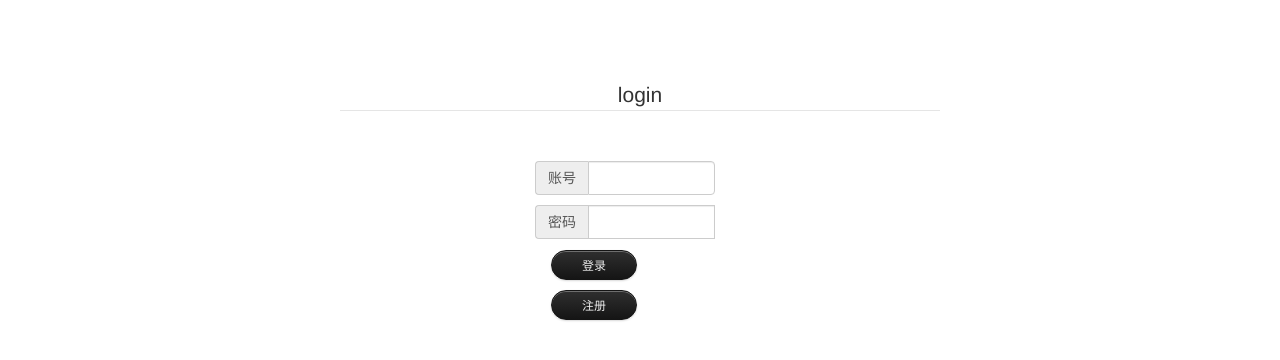
Repository: silzx/learning
Page: http://localhost/MyBatis/
The author's editor kept a copy of each file at every save. The page is drawn from the files as they stood at one save, then again after the next save.
The browser window is 1280 px wide. The pictures show the whole page.
The page is served by Tomcat 9.

Above is the page before, as saved 2017-11-13 02:34:54.
Console error (its wording comes from the project's code and is left out).

After the next save:
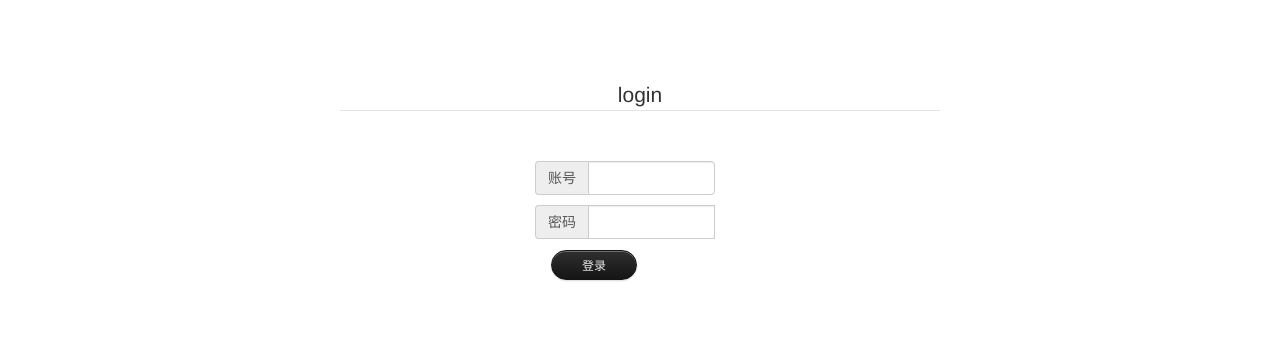
Saved 12 min 19 s later.
--- a/MyBatis/WebContent/index.jsp
+++ b/MyBatis/WebContent/index.jsp
@@ -77,7 +77,7 @@
 					<input type="password" name="u.pwd" class="form-control" ><p><br/>
 				</div>
 				<button class="button button-raised button-pill button-inverse button-small" name="login" type="submit">登录</button>
-				<a href="reg.jsp"><button class="button button-raised button-pill button-inverse button-small" name="reg">注册</button></a>
+				<a href=""></a>
 				</form>
 		</fieldset>
 	</center>

After the save that followed:
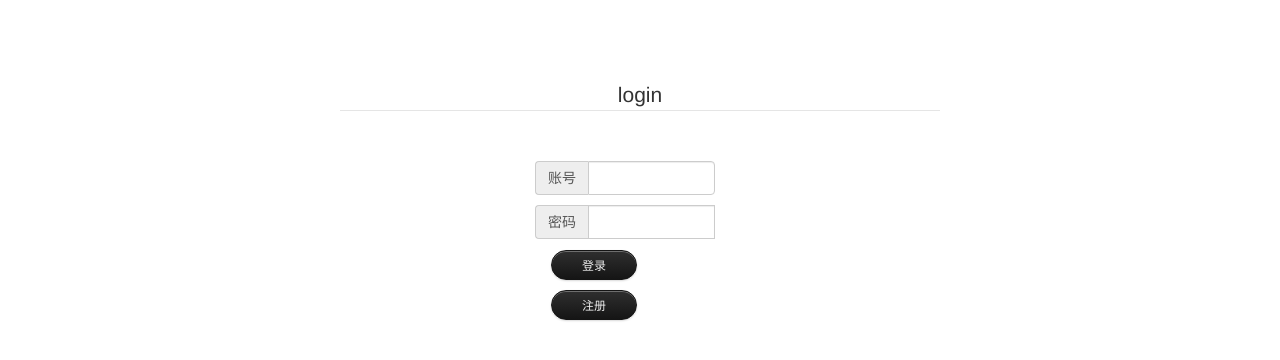
Saved 12 min 56 s later.
--- a/MyBatis/WebContent/index.jsp
+++ b/MyBatis/WebContent/index.jsp
@@ -77,7 +77,7 @@
 					<input type="password" name="u.pwd" class="form-control" ><p><br/>
 				</div>
 				<button class="button button-raised button-pill button-inverse button-small" name="login" type="submit">登录</button>
-				<a href=""></a>
+				<button class="button button-raised button-pill button-inverse button-small" name="reg" onclick="window.location.href='reg.jsp'">注册</button>
 				</form>
 		</fieldset>
 	</center>
